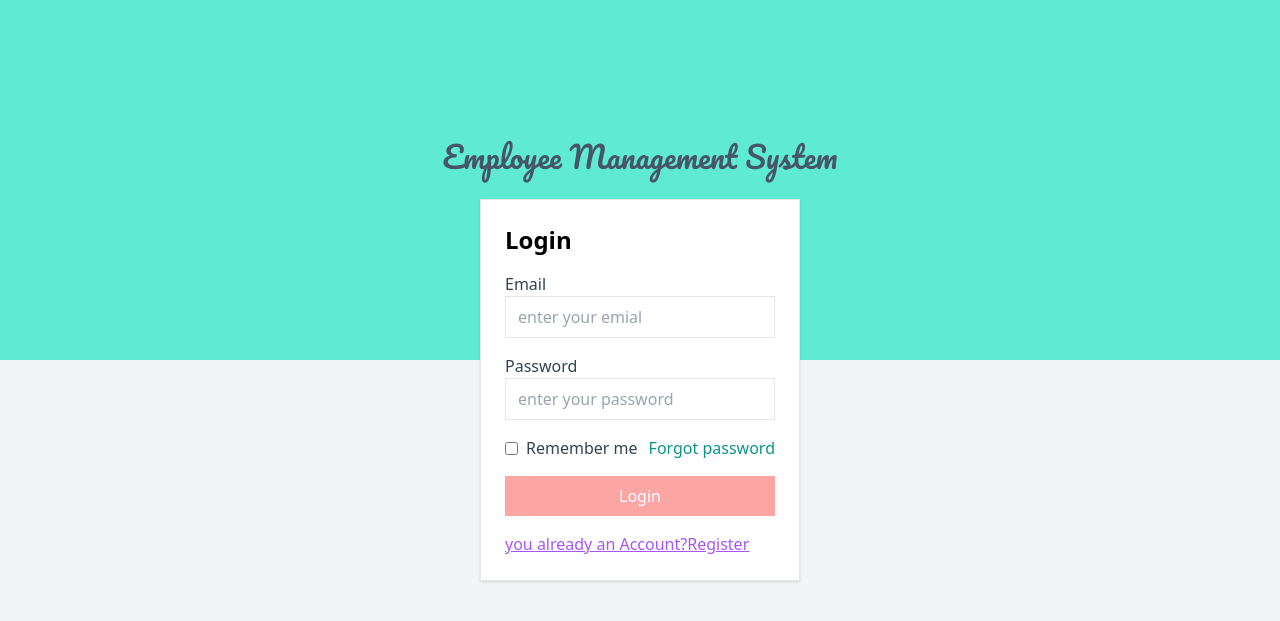
Repository: mohanmania/employeesystem
Page: / (app in fullstack/)
An editor plug-in stored every save of this project. The page is shown before and after a run of saves, followed by the edit.
The browser window is 1280 px wide. The pictures show the whole page.
Some web fonts or font styles are not loaded; a fallback is used. The project was rebuilt for these pictures with package versions that can differ from the ones it lists, and the page was loaded fresh each time. Also part of the build but not shown: fullstack/vite.config.js, fullstack/src/components/dashboard/AdminSidebar.jsx, fullstack/src/components/dashboard/Navbar.jsx, fullstack/src/components/dashboard/SummaryCard.jsx, fullstack/src/components/dashboard/AdminSummary.jsx, fullstack/src/pages/AdminDashboard.jsx, fullstack/src/pages/EmployeeDashboard.jsx, fullstack/src/utils/RoleBaseRoutes.jsx and 8 more.

Above is the page before, as saved 2025-02-25 23:19:37.

After the next 3 saves:
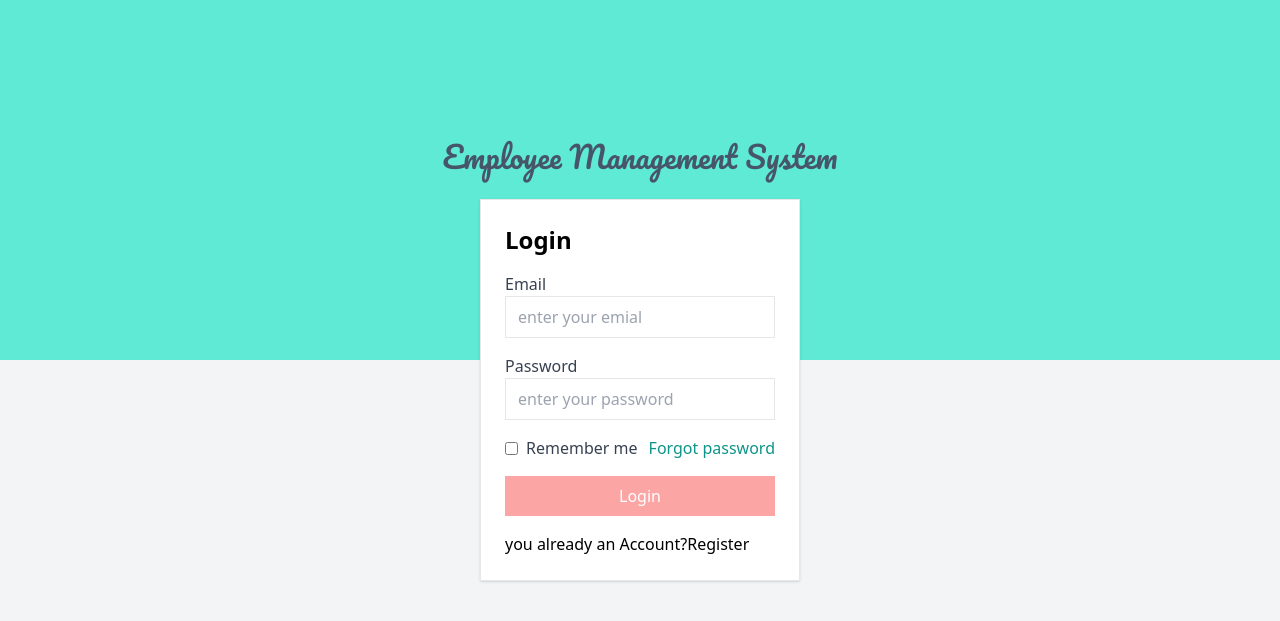
The 3 saves are shown as one change because they came seconds apart.
The last was saved 27 s later.
--- a/fullstack/src/pages/Login.jsx
+++ b/fullstack/src/pages/Login.jsx
@@ -85,7 +85,7 @@ function Login() {
               Login
             </button>
           </div>
-          <p  className="text-purple-500 underline">you already an Account?<Link to="/register">Register</Link></p>
+          <p>you already an Account?<Link to="/register">Register</Link></p>
         </form>
       </div>
     </div>
